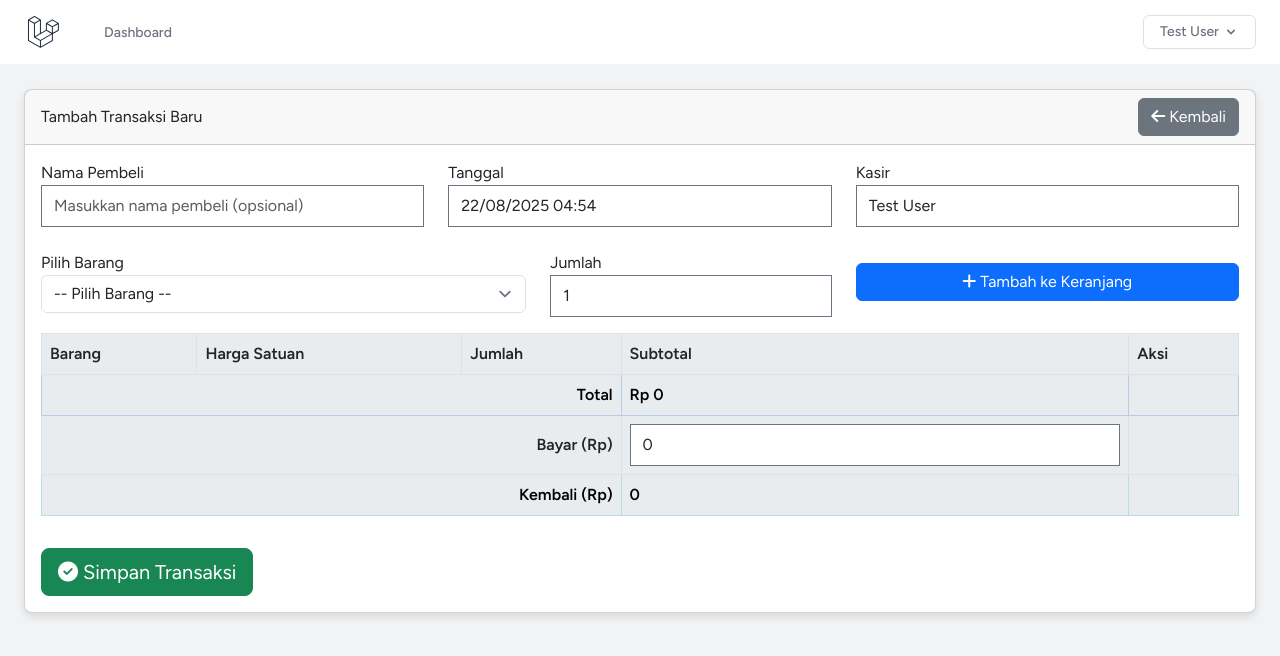
Repository: mufti-1448/kasir-app
Page: http://localhost/transaksis/create
These files come from the project's save history. The page is drawn as it stood at one moment and after the next save; the edit follows.
The browser window is 1280 px wide. The pictures show the whole page.
The page is served by the project's Laravel application, run on PHP 8.4 with Laravel 12. A made-up administrator, Test User (test@example.com), is signed in. Other server files are loaded and not shown. Style sheets and scripts are compiled from the project's sources, by tool versions that may differ from the author's. Queries for data that is not in the repository find no rows.

Above is the page before, as saved 2025-09-02 23:12:01.

### routes/web.php
<?php

use App\Http\Controllers\ProfileController;
use App\Http\Controllers\BarangController;
use Illuminate\Support\Facades\Route;
use App\Http\Controllers\TransaksiController;

Route::get('/', function () {
    return view('welcome');
});

Route::get('/dashboard', function () {
    return view('dashboard');
})->middleware(['auth', 'verified'])->name('dashboard');

Route::middleware('auth')->group(function () {
    // Profile routes
    Route::get('/profile', [ProfileController::class, 'edit'])->name('profile.edit');
    Route::patch('/profile', [ProfileController::class, 'update'])->name('profile.update');
    Route::delete('/profile', [ProfileController::class, 'destroy'])->name('profile.destroy');

    // Barang routes - menggunakan resource controller
    Route::resource('barangs', BarangController::class);

    // Alternatif: jika ingin mendefinisikan manual satu per satu
    // Route::get('/barangs', [BarangController::class, 'index'])->name('barangs.index');
    // Route::get('/barangs/create', [BarangController::class, 'create'])->name('barangs.create');
    // Route::post('/barangs', [BarangController::class, 'store'])->name('barangs.store');
    // Route::get('/barangs/{barang}', [BarangController::class, 'show'])->name('barangs.show');
    // Route::get('/barangs/{barang}/edit', [BarangController::class, 'edit'])->name('barangs.edit');
    // Route::put('/barangs/{barang}', [BarangController::class, 'update'])->name('barangs.update');
    // Route::delete('/barangs/{barang}', [BarangController::class, 'destroy'])->name('barangs.destroy');

    // Tambahkan di dalam middleware auth
    Route::resource('transaksis', TransaksiController::class);
    Route::post('transaksis/add-item', [TransaksiController::class, 'addItem'])->name('transaksis.addItem');
    Route::post('transaksis/remove-item', [TransaksiController::class, 'removeItem'])->name('transaksis.removeItem');
    Route::post('transaksis/process-payment', [TransaksiController::class, 'processPayment'])->name('transaksis.processPayment');
});

require __DIR__ . '/auth.php';

### app/Models/Barang.php
<?php

namespace App\Models;

use Illuminate\Database\Eloquent\Factories\HasFactory;
use Illuminate\Database\Eloquent\Model;
use Illuminate\Database\Eloquent\SoftDeletes;

class Barang extends Model
{
    use HasFactory, SoftDeletes;

    protected $table = 'barangs'; // <- Pastikan ini 'barangs'

    protected $fillable = [
        'nama',
        'kategori',
        'harga_beli',
        'harga_jual',
        'stok',
        'satuan'
    ];
}

### resources/views/transaksis/create.blade.php
@extends('layouts.app')

@section('title', 'Tambah Transaksi Baru')

@section('content')
    <div class="container-fluid">
        <div class="row">
            <div class="col-md-12">
                <div class="card">
                    <div class="card-header d-flex justify-content-between align-items-center">
                        <h5 class="mb-0">Tambah Transaksi Baru</h5>
                        <a href="{{ route('transaksis.index') }}" class="btn btn-secondary">
                            <i class="fas fa-arrow-left"></i> Kembali
                        </a>
                    </div>
                    <div class="card-body">
                        <form id="form-transaksi" method="POST" action="{{ route('transaksis.store') }}">
                            @csrf

                            <!-- Informasi Transaksi & Nama Pembeli -->
                            <div class="row mb-4">
                                <div class="col-md-4">
                                    <div class="form-group">
                                        <label for="nama_pembeli">Nama Pembeli</label>
                                        <input type="text" name="nama_pembeli" id="nama_pembeli" class="form-control"
                                            placeholder="Masukkan nama pembeli (opsional)"
                                            value="{{ old('nama_pembeli') }}">
                                    </div>
                                </div>
                                <div class="col-md-4">
                                    <div class="form-group">
                                        <label for="tanggal">Tanggal</label>
                                        <input type="text" class="form-control" value="{{ now()->format('d/m/Y H:i') }}"
                                            readonly>
                                    </div>
                                </div>
                                <div class="col-md-4">
                                    <div class="form-group">
                                        <label for="kasir">Kasir</label>
                                        <input type="text" class="form-control" value="{{ auth()->user()->name }}"
                                            readonly>
                                    </div>
                                </div>
                            </div>

                            <!-- Pilih Barang -->
                            <div class="row mb-3">
                                <div class="col-md-5">
                                    <label for="barang_id">Pilih Barang</label>
                                    <select id="barang_id" class="form-control">
                                        <option value="">-- Pilih Barang --</option>
                                        @foreach ($barangs as $barang)
                                            <option value="{{ $barang->id }}" data-harga="{{ $barang->harga_jual }}"
                                                data-nama="{{ $barang->nama }}" data-stok="{{ $barang->stok }}"
                                                data-kode="{{ $barang->kode }}">
                                                {{ $barang->kode }} - {{ $barang->nama }} (Stok: {{ $barang->stok }}) -
                                                Rp {{ number_format($barang->harga_jual, 0, ',', '.') }}
                                            </option>
                                        @endforeach
                                    </select>
                                    <small class="text-muted" id="stok-info"></small>
                                </div>
                                <div class="col-md-3">
                                    <label for="jumlah">Jumlah</label>
                                    <input type="number" id="jumlah" class="form-control" min="1" value="1">
                                </div>
                                <div class="col-md-4 d-flex align-items-end pb-3">
                                    <button type="button" id="btn-tambah" class="btn btn-primary w-100">
                                        <i class="fas fa-plus"></i> Tambah ke Keranjang
                                    </button>
                                </div>
                            </div>

                            <!-- Tabel Transaksi -->
                            <div class="table-responsive mb-3">
                                <table class="table table-bordered table-hover" id="tabel-transaksi">
                                    <thead class="thead-light">
                                        <tr>
                                            <th>Barang</th>
                                            <th>Harga Satuan</th>
                                            <th>Jumlah</th>
                                            <th>Subtotal</th>
                                            <th>Aksi</th>
                                        </tr>
                                    </thead>
                                    <tbody>
                                        <!-- Items akan ditambahkan di sini via JavaScript -->
                                    </tbody>
                                    <tfoot>
                                        <tr class="table-primary">
                                            <th colspan="3" class="text-end">Total</th>
                                            <th id="total">Rp 0</th>
                                            <th></th>
                                        </tr>
                                        <tr>
                                            <th colspan="3" class="text-end">Bayar (Rp)</th>
                                            <th>
                                                <input type="number" name="bayar" id="bayar" class="form-control"
                                                    min="0" required value="{{ old('bayar', 0) }}">
                                            </th>
                                            <th></th>
                                        </tr>
                                        <tr class="table-info">
                                            <th colspan="3" class="text-end">Kembali (Rp)</th>
                                            <th id="kembali">0</th>
                                            <th></th>
                                        </tr>
                                    </tfoot>
                                </table>
                            </div>

                            <button type="submit" class="btn btn-success btn-lg">
                                <i class="fas fa-check-circle"></i> Simpan Transaksi
                            </button>
                        </form>
                    </div>
                </div>
            </div>
        </div>
    </div>
@endsection

@section('scripts')
    <script>
        document.addEventListener('DOMContentLoaded', function() {
            const barangSelect = document.getElementById('barang_id');
            const jumlahInput = document.getElementById('jumlah');
            const btnTambah = document.getElementById('btn-tambah');
            const tabelBody = document.querySelector('#tabel-transaksi tbody');
            const totalEl = document.getElementById('total');
            const bayarEl = document.getElementById('bayar');
            const kembaliEl = document.getElementById('kembali');
            const stokInfo = document.getElementById('stok-info');
            const form = document.getElementById('form-transaksi');

            let items = [];

            // Tampilkan info stok saat barang dipilih
            barangSelect.addEventListener('change', function() {
                if (this.value) {
                    const selectedOption = this.options[this.selectedIndex];
                    const stok = parseInt(selectedOption.getAttribute('data-stok'));
                    stokInfo.textContent = `Stok tersedia: ${stok}`;
                    stokInfo.className = 'text-muted';
                    jumlahInput.setAttribute('max', stok);
                } else {
                    stokInfo.textContent = '';
                }
            });

            // Format Rupiah
            function formatRupiah(angka) {
                return new Intl.NumberFormat('id-ID').format(angka);
            }

            // Update total dan kembalian
            function updateTotal() {
                let total = items.reduce((sum, item) => sum + item.harga * item.jumlah, 0);
                totalEl.textContent = 'Rp ' + formatRupiah(total);

                const bayar = parseFloat(bayarEl.value) || 0;
                const kembali = bayar - total;
                kembaliEl.textContent = formatRupiah(kembali > 0 ? kembali : 0);

                // Validasi bayar
                if (bayar < total) {
                    bayarEl.classList.add('is-invalid');
                    kembaliEl.parentElement.classList.add('table-danger');
                } else {
                    bayarEl.classList.remove('is-invalid');
                    kembaliEl.parentElement.classList.remove('table-danger');
                }
            }

            // Tambah item ke keranjang
            btnTambah.addEventListener('click', function() {
                if (!barangSelect.value) {
                    alert('Pilih barang terlebih dahulu');
                    return;
                }

                const selectedOption = barangSelect.options[barangSelect.selectedIndex];
                const barangId = barangSelect.value;
                const nama = selectedOption.getAttribute('data-nama');
                const kode = selectedOption.getAttribute('data-kode');
                const harga = parseFloat(selectedOption.getAttribute('data-harga'));
                const stok = parseInt(selectedOption.getAttribute('data-stok'));
                const jumlah = parseInt(jumlahInput.value);

                if (isNaN(jumlah) || jumlah < 1) {
                    alert('Jumlah harus minimal 1');
                    return;
                }

                if (jumlah > stok) {
                    alert(`Stok tidak cukup. Stok tersedia: ${stok}`);
                    return;
                }

                // Cek apakah barang sudah ada di keranjang
                const existingItem = items.find(item => item.barangId === barangId);

                if (existingItem) {
                    const newJumlah = existingItem.jumlah + jumlah;
                    if (newJumlah > stok) {
                        alert(`Stok tidak cukup untuk menambah jumlah. Stok tersedia: ${stok}`);
                        return;
                    }
                    existingItem.jumlah = newJumlah;

                    // Update tabel
                    const row = tabelBody.querySelector(`tr[data-barang-id="${barangId}"]`);
                    row.cells[2].textContent = newJumlah;
                    row.cells[3].textContent = 'Rp ' + formatRupiah(newJumlah * harga);
                } else {
                    const newItem = {
                        barangId,
                        kode,
                        nama,
                        harga,
                        jumlah
                    };
                    items.push(newItem);

                    const newRow = tabelBody.insertRow();
                    newRow.setAttribute('data-barang-id', barangId);
                    newRow.innerHTML = `
                <td>${kode} - ${nama}</td>
                <td>Rp ${formatRupiah(harga)}</td>
                <td>${jumlah}</td>
                <td>Rp ${formatRupiah(harga * jumlah)}</td>
                <td>
                    <button type="button" class="btn btn-sm btn-danger btn-hapus">
                        <i class="fas fa-trash"></i>
                    </button>
                </td>
            `;

                    // Hapus item
                    const btnHapus = newRow.querySelector('.btn-hapus');
                    btnHapus.addEventListener('click', function() {
                        items = items.filter(item => item.barangId !== barangId);
                        newRow.remove();
                        updateTotal();
                    });
                }

                updateTotal();
                jumlahInput.value = 1;
            });

            // Hitung kembalian saat bayar berubah
            bayarEl.addEventListener('input', updateTotal);

            // Validasi form sebelum submit
            form.addEventListener('submit', function(e) {
                if (items.length === 0) {
                    e.preventDefault();
                    alert('Tambahkan minimal satu item ke keranjang');
                    return;
                }

                const total = items.reduce((sum, item) => sum + item.harga * item.jumlah, 0);
                const bayar = parseFloat(bayarEl.value) || 0;
                if (bayar < total) {
                    e.preventDefault();
                    alert('Jumlah pembayaran kurang dari total transaksi');
                    return;
                }

                // Tambahkan input hidden untuk setiap item
                items.forEach((item, index) => {
                    const inputBarangId = document.createElement('input');
                    inputBarangId.type = 'hidden';
                    inputBarangId.name = `items[${index}][barang_id]`;
                    inputBarangId.value = item.barangId;
                    form.appendChild(inputBarangId);

                    const inputJumlah = document.createElement('input');
                    inputJumlah.type = 'hidden';
                    inputJumlah.name = `items[${index}][jumlah]`;
                    inputJumlah.value = item.jumlah;
                    form.appendChild(inputJumlah);

                    const inputHarga = document.createElement('input');
                    inputHarga.type = 'hidden';
                    inputHarga.name = `items[${index}][harga_satuan]`;
                    inputHarga.value = item.harga;
                    form.appendChild(inputHarga);
                });
            });

            // Inisialisasi
            updateTotal();
        });
    </script>
@endsection


@section('styles')
    <style>
        .table th {
            vertical-align: middle;
        }

        #stok-info {
            display: block;
            margin-top: 5px;
        }

        .is-invalid {
            border-color: #dc3545;
        }
    </style>
@endsection

### resources/views/layouts/app.blade.php
<!DOCTYPE html>
<html lang="{{ str_replace('_', '-', app()->getLocale()) }}">
<head>
    <meta charset="utf-8">
    <meta name="viewport" content="width=device-width, initial-scale=1">
    <meta name="csrf-token" content="{{ csrf_token() }}">

    <title>{{ config('app.name', 'Laravel') }}</title>

    <!-- Fonts -->
    <link rel="preconnect" href="https://fonts.bunny.net">
    <link href="https://fonts.bunny.net/css?family=figtree:400,500,600&display=swap" rel="stylesheet">

    <!-- Bootstrap CSS -->
    <link href="https://cdn.jsdelivr.net/npm/bootstrap@5.3.0/dist/css/bootstrap.min.css" rel="stylesheet">

    <!-- Font Awesome -->
    <link rel="stylesheet" href="https://cdnjs.cloudflare.com/ajax/libs/font-awesome/6.4.0/css/all.min.css">

    <!-- App CSS -->
    @vite(['resources/css/app.css', 'resources/js/app.js'])

    <!-- Custom Styles -->
    <style>
        body {
            font-family: 'Figtree', sans-serif;
            background-color: #f1f3f5;
        }

        .card {
            box-shadow: 0 0.25rem 0.5rem rgba(0,0,0,0.1);
            border-radius: 0.5rem;
            transition: transform 0.2s;
        }
        .card:hover {
            transform: translateY(-5px);
        }

        .table th {
            background-color: #e9ecef;
        }

        header.bg-white {
            background-color: #ffffff !important;
        }

        .btn-delete {
            color: #fff;
            background-color: #dc3545;
            border: none;
        }
        .btn-delete:hover {
            background-color: #c82333;
        }
    </style>
</head>
<body>
    <div class="min-vh-100 d-flex flex-column">
        <!-- Navigation -->
        @include('layouts.navigation')

        <!-- Page Heading -->
        @if (isset($header))
            <header class="bg-white shadow-sm">
                <div class="container py-4 px-3">
                    {{ $header }}
                </div>
            </header>
        @endif

        <!-- Page Content -->
        <main class="flex-grow-1 container my-4">
            @yield('content')
        </main>
    </div>

    <!-- Bootstrap JS -->
    <script src="https://cdn.jsdelivr.net/npm/bootstrap@5.3.0/dist/js/bootstrap.bundle.min.js"></script>

    @yield('scripts')
    <!-- Script Konfirmasi -->
    <script>
        document.addEventListener('DOMContentLoaded', function() {
            document.querySelectorAll('.btn-delete').forEach(button => {
                button.addEventListener('click', function(e) {
                    if(!confirm('Apakah Anda yakin ingin menghapus data ini?')) {
                        e.preventDefault();
                    }
                });
            });
        });
    </script>

</body>
</html>

Loaded but not shown: routes/auth.php (common file); app/Http/Controllers/Auth/EmailVerificationPromptController.php (common file); app/Http/Controllers/Controller.php (common file); app/Http/Controllers/Auth/VerifyEmailController.php (common file); app/Models/User.php (common file); resources/views/layouts/navigation.blade.php (common file); resources/views/components/application-logo.blade.php (common file); resources/views/components/nav-link.blade.php (common file); resources/views/components/dropdown-link.blade.php (common file); resources/views/components/dropdown.blade.php (common file); resources/views/components/responsive-nav-link.blade.php (common file); resources/css/app.css (common file); tailwind.config.js (common file); resources/js/app.js (common file); resources/js/bootstrap.js (common file); app/Http/Controllers/TransaksiController.php (184 lines, source omitted)

After the next save:
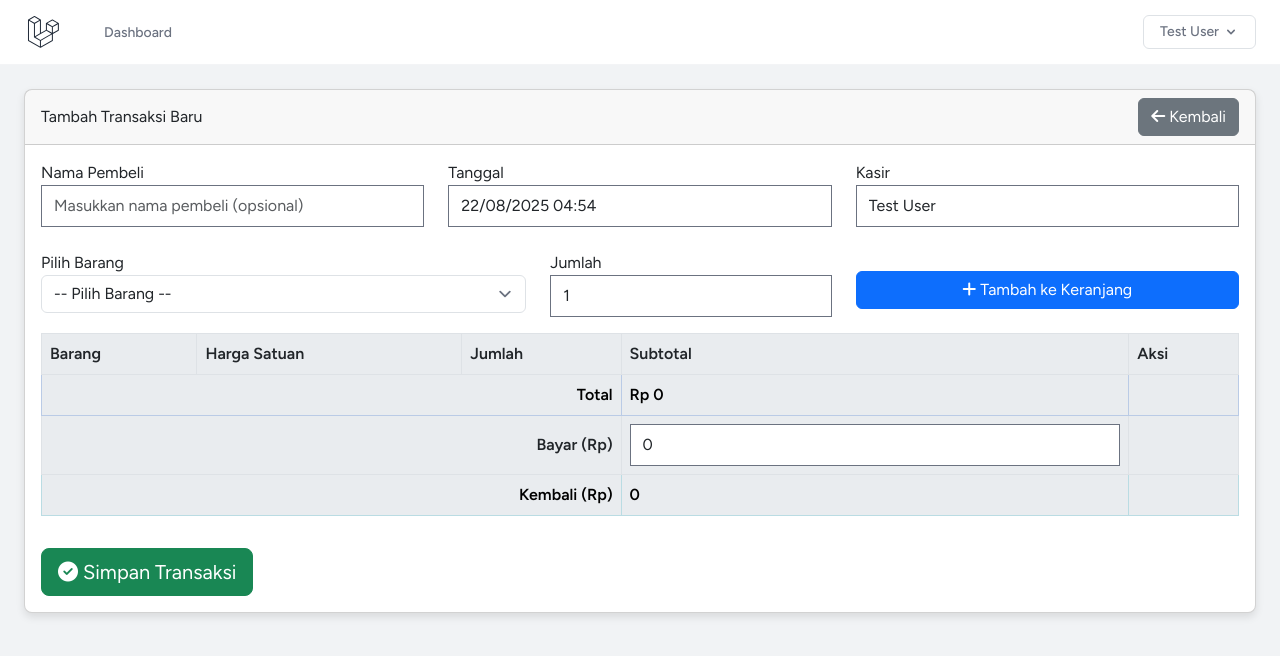
Saved 7 s later.
--- a/resources/views/transaksis/create.blade.php
+++ b/resources/views/transaksis/create.blade.php
@@ -64,7 +64,7 @@
                                     <label for="jumlah">Jumlah</label>
                                     <input type="number" id="jumlah" class="form-control" min="1" value="1">
                                 </div>
-                                <div class="col-md-4 d-flex align-items-end pb-3">
+                                <div class="col-md-4 d-flex align-items-end pb-2">
                                     <button type="button" id="btn-tambah" class="btn btn-primary w-100">
                                         <i class="fas fa-plus"></i> Tambah ke Keranjang
                                     </button>
